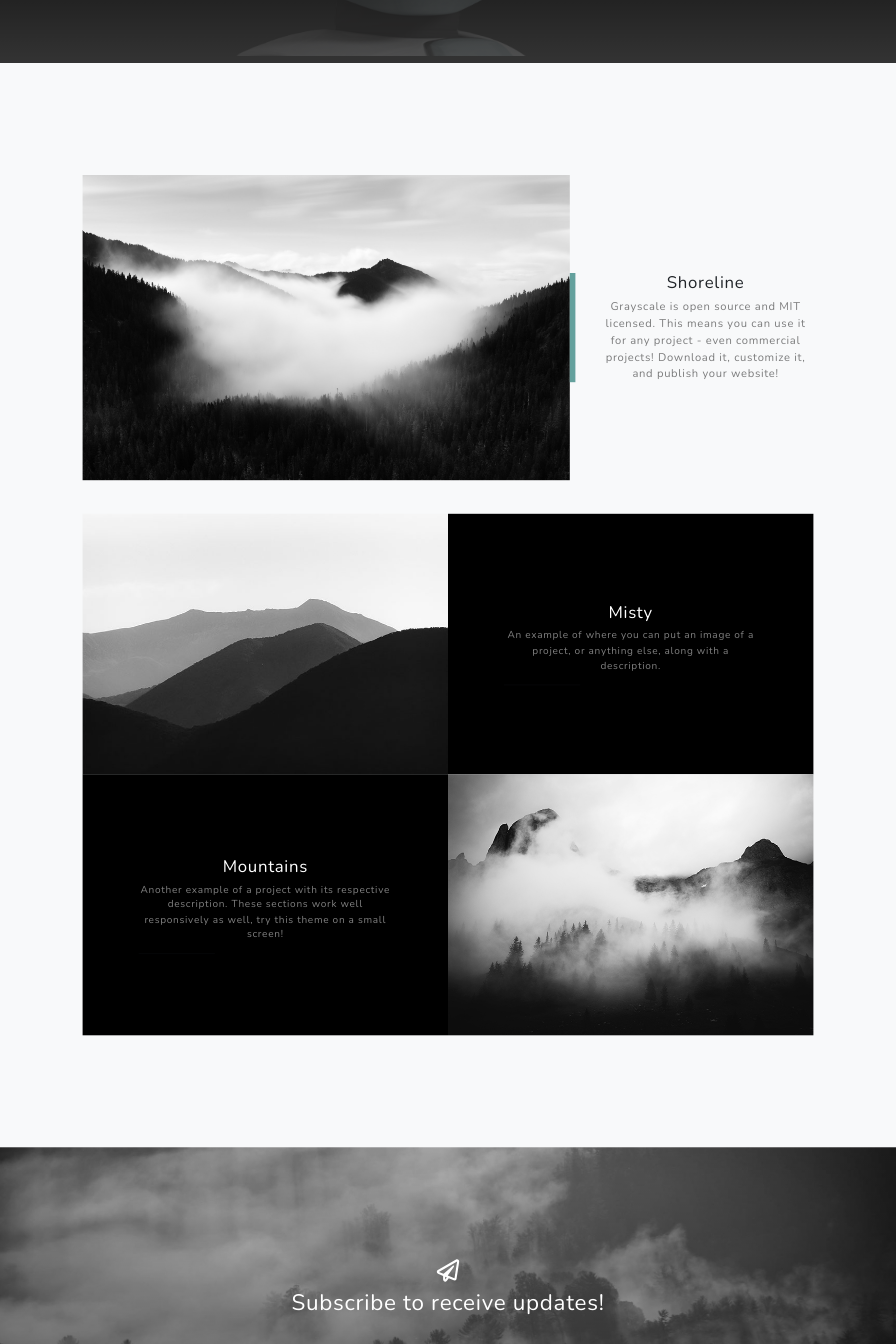
Repository: seyicoded/ico_one
Page: docs/index.html
An editor plug-in stored every save of this project. The page is shown before and after the next save, followed by the edit.
The browser window is 1280 px wide. The pictures show the part of the page from y = 1200 to 3120 px (the page is 3935 px tall before and 3982 px after), at 70% of full size.

Above is the page before, as saved 2022-02-13 16:50:04.

### docs/index.html
<!DOCTYPE html>
<html lang="en">
    <head>
        <meta charset="utf-8" />
        <meta name="viewport" content="width=device-width, initial-scale=1, shrink-to-fit=no" />
        <meta name="description" content="" />
        <meta name="author" content="" />
        <title>Ai-Trader</title>
        <link rel="icon" type="image/x-icon" href="assets/favicon.ico" />
        <!-- Font Awesome icons (free version)-->
        <script src="https://use.fontawesome.com/releases/v5.15.4/js/all.js" crossorigin="anonymous"></script>
        <!-- Google fonts-->
        <link href="https://fonts.googleapis.com/css?family=Varela+Round" rel="stylesheet" />
        <link href="https://fonts.googleapis.com/css?family=Nunito:200,200i,300,300i,400,400i,600,600i,700,700i,800,800i,900,900i" rel="stylesheet" />
        <!-- Core theme CSS (includes Bootstrap)-->
        <link href="css/styles.css" rel="stylesheet" />
        <link href="css/animate.css" rel="stylesheet" />
        <link href="css/custom.css" rel="stylesheet" />
        <script src="js/jquery.js"></script>
        <script src="js/wow.js"></script>
        <script src="js/bs.js"></script>
        <script type="text/javascript">
            //Initiat WOW JS
            window.onload = function(){
                $("#loaderr").hide();
                new WOW().init();
            }
            // new WOW().init();
        </script>
        <style>
            #loaderr{
                position: fixed;
                z-index: 99;
                top: 0;
                bottom: 0;
                left: 0;
                right: 0;
                background: linear-gradient(grey, black);
                display: flex;
                justify-content: center;
                align-items: center;
            }
            #skip-loader{
                position: fixed;
                bottom: 3%;
                right: 3%;
                background-color: transparent;
                color: white;
                border: none;
            }
        </style>
    </head>
    <body id="page-top">
        <!--  loader start -->
        <div id="loaderr">
            <img src="assets/svg/Spin-0.5s-247px.svg" />
            <button id="skip-loader" onclick="$('#loaderr').hide()">skip</button>
        </div>
        <!-- loader stop -->

        <!-- Navigation-->
        <nav class="navbar navbar-expand-lg navbar-light fixed-top" id="mainNav">
            <div class="container px-4 px-lg-5">
                <a class="navbar-brand" href="#page-top">Ai-Trader</a>
                <button class="navbar-toggler navbar-toggler-right" type="button" data-bs-toggle="collapse" data-bs-target="#navbarResponsive" aria-controls="navbarResponsive" aria-expanded="false" aria-label="Toggle navigation">
                    Menu
                    <i class="fas fa-bars"></i>
                </button>
                <div class="collapse navbar-collapse" id="navbarResponsive">
                    <ul class="navbar-nav ms-auto">
                        <li class="nav-item"><a class="nav-link" href="#about">About</a></li>
                        <li class="nav-item"><a class="nav-link" href="#projects">Projects</a></li>
                        <li class="nav-item"><a class="nav-link" href="#signup">Contact</a></li>
                    </ul>
                </div>
            </div>
        </nav>
        <!-- Masthead-->
        <header class="masthead">
            <div class="container px-4 px-lg-5 d-flex h-100 align-items-center justify-content-center">
                <div class="d-flex justify-content-center">
                    <div class="text-center">
                        <h1 class="mx-auto my-0 text-uppercase wow fadeIn animated" data-wow-duration="1090ms" data-wow-delay="1000ms">We Got You Covered</h1>
                        <h2 class="text-white-50 mx-auto mt-2 mb-5 wow fadeIn animated" data-wow-duration="1090ms" data-wow-delay="1300ms">An Artificial Intelligence You Can Trust.</h2>
                        <a class="btn btn-primary wow fadeIn animated" href="#about"  data-wow-duration="1090ms" data-wow-delay="1600ms">Get Started</a>
                    </div>
                </div>
            </div>
        </header>
        <!-- About-->
        <section class="about-section text-center" id="about">
            <div class="container px-4 px-lg-5">
                <div class="row gx-4 gx-lg-5 justify-content-center">
                    <div class="col-lg-8">
                        <h2 class="text-white mb-4">About Ai-Trader</h2>
                        <p class="text-white-50">
                            The Crypto Market is a space with so many coins to buy, this can be a challenge for newbies and even "experienced hands". Why stress when there's rest in Ai-Trader. <br />
                            Ai-Trader is a trading App that trades on your behalf, with low risk and great reward. <br />
                            Ai-Trader is a system designed to save you time, mental stress of going through the details of different tokens. The bot checks the market for the best option and makes apt decisions to your advantage.
                        </p>
                    </div>
                    <img class="img-fluid" src="assets/img/ipad.png" style="filter: grayscale(80%); position: absolute; opacity: 19%; height: 400px;" alt="..." />
                </div>
                <!-- <img class="img-fluid" src="assets/img/ipad.png" style="filter: grayscale(80%); position: absolute; opacity: 30%;" alt="..." /> -->
                <div style="height: 100px;">&nbsp;</div>
            </div>
        </section>
        <!-- Projects-->
        <section class="projects-section bg-light" id="projects">
            <div class="container px-4 px-lg-5">
                <!-- Featured Project Row-->
                <div class="row gx-0 mb-4 mb-lg-5 align-items-center">
                    <div class="col-xl-8 col-lg-7"><img class="img-fluid mb-3 mb-lg-0" src="assets/img/bg-masthead.jpg" alt="..." /></div>
                    <div class="col-xl-4 col-lg-5">
                        <div class="featured-text text-center text-lg-left">
                            <h4>Shoreline</h4>
                            <p class="text-black-50 mb-0">Grayscale is open source and MIT licensed. This means you can use it for any project - even commercial projects! Download it, customize it, and publish your website!</p>
                        </div>
                    </div>
                </div>
                <!-- Project One Row-->
                <div class="row gx-0 mb-5 mb-lg-0 justify-content-center">
                    <div class="col-lg-6"><img class="img-fluid" src="assets/img/demo-image-01.jpg" alt="..." /></div>
                    <div class="col-lg-6">
                        <div class="bg-black text-center h-100 project">
                            <div class="d-flex h-100">
                                <div class="project-text w-100 my-auto text-center text-lg-left">
                                    <h4 class="text-white">Misty</h4>
                                    <p class="mb-0 text-white-50">An example of where you can put an image of a project, or anything else, along with a description.</p>
                                    <hr class="d-none d-lg-block mb-0 ms-0" />
                                </div>
                            </div>
                        </div>
                    </div>
                </div>
                <!-- Project Two Row-->
                <div class="row gx-0 justify-content-center">
                    <div class="col-lg-6"><img class="img-fluid" src="assets/img/demo-image-02.jpg" alt="..." /></div>
                    <div class="col-lg-6 order-lg-first">
                        <div class="bg-black text-center h-100 project">
                            <div class="d-flex h-100">
                                <div class="project-text w-100 my-auto text-center text-lg-right">
                                    <h4 class="text-white">Mountains</h4>
                                    <p class="mb-0 text-white-50">Another example of a project with its respective description. These sections work well responsively as well, try this theme on a small screen!</p>
                                    <hr class="d-none d-lg-block mb-0 me-0" />
                                </div>
                            </div>
                        </div>
                    </div>
                </div>
            </div>
        </section>
        <!-- Signup-->
        <section class="signup-section" id="signup">
            <div class="container px-4 px-lg-5">
                <div class="row gx-4 gx-lg-5">
                    <div class="col-md-10 col-lg-8 mx-auto text-center">
                        <i class="far fa-paper-plane fa-2x mb-2 text-white"></i>
                        <h2 class="text-white mb-5">Subscribe to receive updates!</h2>
                        <!-- * * * * * * * * * * * * * * *-->
                        <!-- * * SB Forms Contact Form * *-->
                        <!-- * * * * * * * * * * * * * * *-->
                        <!-- This form is pre-integrated with SB Forms.-->
                        <!-- To make this form functional, sign up at-->
                        <!-- https://startbootstrap.com/solution/contact-forms-->
                        <!-- to get an API token!-->
                        <form class="form-signup" id="contactForm" data-sb-form-api-token="API_TOKEN">
                            <!-- Email address input-->
                            <div class="row input-group-newsletter">
                                <div class="col"><input class="form-control" id="emailAddress" type="email" placeholder="Enter email address..." aria-label="Enter email address..." data-sb-validations="required,email" /></div>
                                <div class="col-auto"><button class="btn btn-primary disabled" id="submitButton" type="submit">Notify Me!</button></div>
                            </div>
                            <div class="invalid-feedback mt-2" data-sb-feedback="emailAddress:required">An email is required.</div>
                            <div class="invalid-feedback mt-2" data-sb-feedback="emailAddress:email">Email is not valid.</div>
                            <!-- Submit success message-->
                            <!---->
                            <!-- This is what your users will see when the form-->
                            <!-- has successfully submitted-->
                            <div class="d-none" id="submitSuccessMessage">
                                <div class="text-center mb-3 mt-2 text-white">
                                    <div class="fw-bolder">Form submission successful!</div>
                                    To activate this form, sign up at
                                    <br />
                                    <a href="https://startbootstrap.com/solution/contact-forms">https://startbootstrap.com/solution/contact-forms</a>
                                </div>
                            </div>
                            <!-- Submit error message-->
                            <!---->
                            <!-- This is what your users will see when there is-->
                            <!-- an error submitting the form-->
                            <div class="d-none" id="submitErrorMessage"><div class="text-center text-danger mb-3 mt-2">Error sending message!</div></div>
                        </form>
                    </div>
                </div>
            </div>
        </section>
        <!-- Contact-->
        <section class="contact-section bg-black">
            <div class="container px-4 px-lg-5">
                <div class="row gx-4 gx-lg-5">
                    <div class="col-md-4 mb-3 mb-md-0">
                        <div class="card py-4 h-100">
                            <div class="card-body text-center">
                                <i class="fas fa-map-marked-alt text-primary mb-2"></i>
                                <h4 class="text-uppercase m-0">Address</h4>
                                <hr class="my-4 mx-auto" />
                                <div class="small text-black-50">4923 Market Street, Orlando FL</div>
                            </div>
                        </div>
                    </div>
                    <div class="col-md-4 mb-3 mb-md-0">
                        <div class="card py-4 h-100">
                            <div class="card-body text-center">
                                <i class="fas fa-envelope text-primary mb-2"></i>
                                <h4 class="text-uppercase m-0">Email</h4>
                                <hr class="my-4 mx-auto" />
                                <div class="small text-black-50"><a href="#!">hello@yourdomain.com</a></div>
                            </div>
                        </div>
                    </div>
                    <div class="col-md-4 mb-3 mb-md-0">
                        <div class="card py-4 h-100">
                            <div class="card-body text-center">
                                <i class="fas fa-mobile-alt text-primary mb-2"></i>
                                <h4 class="text-uppercase m-0">Phone</h4>
                                <hr class="my-4 mx-auto" />
                                <div class="small text-black-50">+1 (555) 902-8832</div>
                            </div>
                        </div>
                    </div>
                </div>
                <div class="social d-flex justify-content-center">
                    <a class="mx-2" href="#!"><i class="fab fa-twitter"></i></a>
                    <a class="mx-2" href="#!"><i class="fab fa-facebook-f"></i></a>
                    <a class="mx-2" href="#!"><i class="fab fa-github"></i></a>
                </div>
            </div>
        </section>
        <!-- Footer-->
        <footer class="footer bg-black small text-center text-white-50"><div class="container px-4 px-lg-5">Copyright &copy; Your Website 2021</div></footer>
        <!-- Bootstrap core JS-->
        <script src="https://cdn.jsdelivr.net/npm/bootstrap@5.1.3/dist/js/bootstrap.bundle.min.js"></script>
        <!-- Core theme JS-->
        <script src="js/scripts.js"></script>

        <!-- * * * * * * * * * * * * * * * * * * * * * * * * * * * * * * * * * * * * * * * *-->
        <!-- * *                               SB Forms JS                               * *-->
        <!-- * * Activate your form at https://startbootstrap.com/solution/contact-forms * *-->
        <!-- * * * * * * * * * * * * * * * * * * * * * * * * * * * * * * * * * * * * * * * *-->
        <script src="https://cdn.startbootstrap.com/sb-forms-latest.js"></script>
    </body>
</html>

### docs/js/scripts.js
/*!
* Start Bootstrap - Grayscale v7.0.4 (https://startbootstrap.com/theme/grayscale)
* Copyright 2013-2021 Start Bootstrap
* Licensed under MIT (https://github.com/StartBootstrap/startbootstrap-grayscale/blob/master/LICENSE)
*/
//
// Scripts
//

window.addEventListener('DOMContentLoaded', event => {

    // Navbar shrink function
    var navbarShrink = function () {
        const navbarCollapsible = document.body.querySelector('#mainNav');
        if (!navbarCollapsible) {
            return;
        }
        if (window.scrollY === 0) {
            navbarCollapsible.classList.remove('navbar-shrink')
        } else {
            navbarCollapsible.classList.add('navbar-shrink')
        }

    };

    // Shrink the navbar
    navbarShrink();

    // Shrink the navbar when page is scrolled
    document.addEventListener('scroll', navbarShrink);

    // Activate Bootstrap scrollspy on the main nav element
    const mainNav = document.body.querySelector('#mainNav');
    if (mainNav) {
        new bootstrap.ScrollSpy(document.body, {
            target: '#mainNav',
            offset: 74,
        });
    };

    // Collapse responsive navbar when toggler is visible
    const navbarToggler = document.body.querySelector('.navbar-toggler');
    const responsiveNavItems = [].slice.call(
        document.querySelectorAll('#navbarResponsive .nav-link')
    );
    responsiveNavItems.map(function (responsiveNavItem) {
        responsiveNavItem.addEventListener('click', () => {
            if (window.getComputedStyle(navbarToggler).display !== 'none') {
                navbarToggler.click();
            }
        });
    });

});

Loaded but not shown: docs/css/styles.css (library); docs/css/animate.css (library); docs/js/jquery.js (library); docs/js/wow.js (library); docs/js/bs.js (library); docs/css/custom.css (no stored copy; drawn as an empty file)

After the next save:
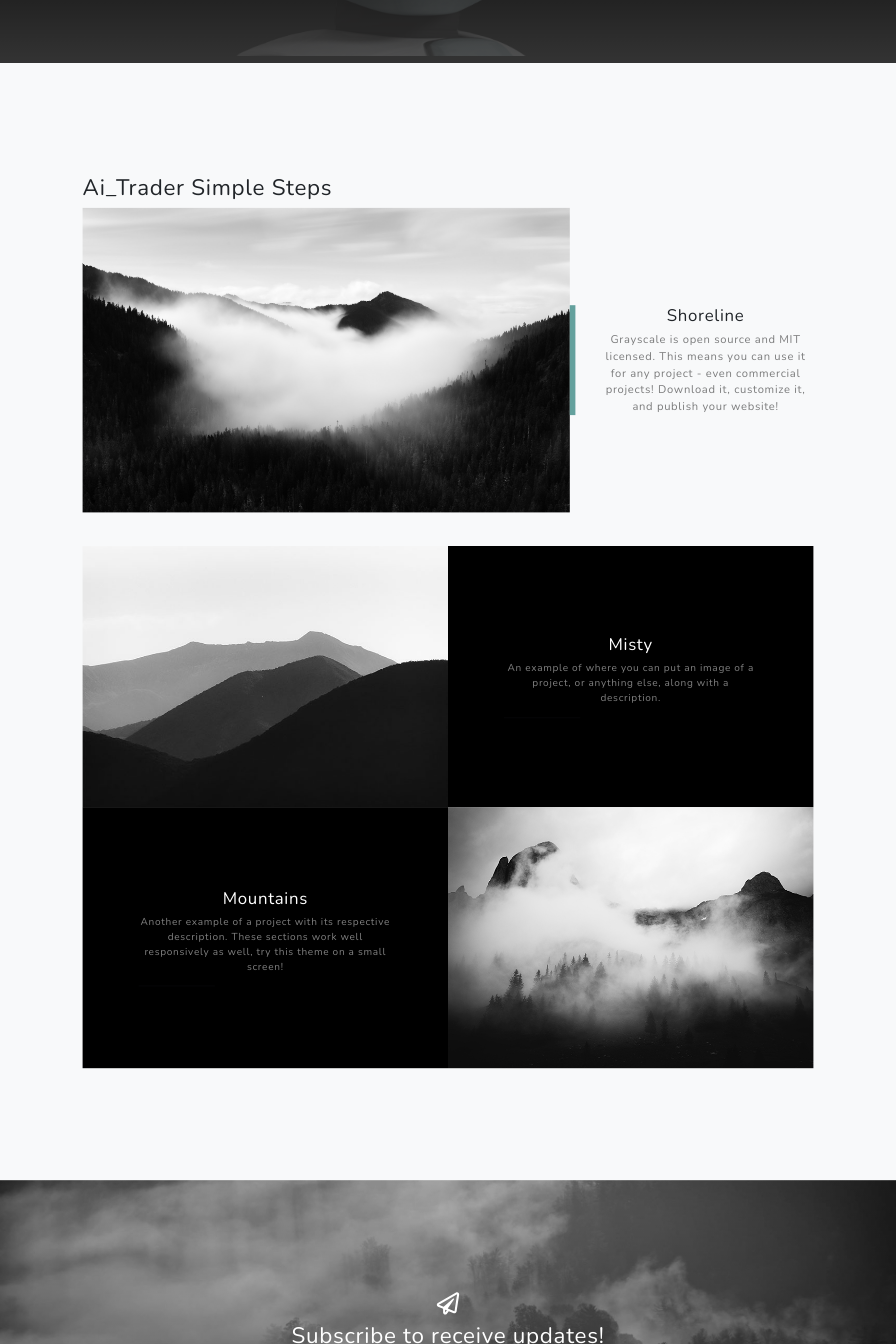
Saved 98 s later.
--- a/docs/index.html
+++ b/docs/index.html
@@ -108,6 +108,7 @@
         <!-- Projects-->
         <section class="projects-section bg-light" id="projects">
             <div class="container px-4 px-lg-5">
+                <h2>Ai_Trader Simple Steps</h2>
                 <!-- Featured Project Row-->
                 <div class="row gx-0 mb-4 mb-lg-5 align-items-center">
                     <div class="col-xl-8 col-lg-7"><img class="img-fluid mb-3 mb-lg-0" src="assets/img/bg-masthead.jpg" alt="..." /></div>
